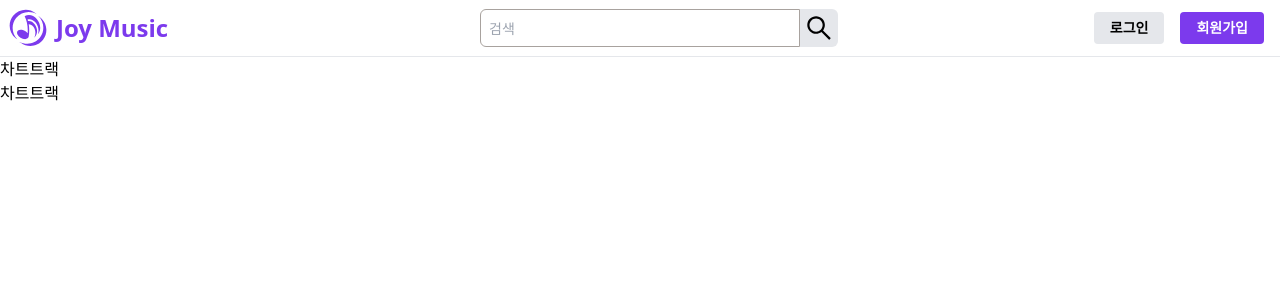
Repository: momo0170/streaming
Page: /
The author's editor kept a copy of each file at every save. The page is drawn from the files as they stood at one save, then again after a run of saves.
The browser window is 1280 px wide. The pictures show the whole page.
The project was rebuilt for these pictures with package versions that can differ from the ones it lists, and the page was loaded fresh each time. Also part of the build but not shown: src/App.css, src/router/ChartTrack.jsx.

Above is the page before, as saved 2023-09-22 16:09:13.

### src/index.js
import React from 'react';
import ReactDOM from 'react-dom/client';
import './index.css';
import App from './App';
import { RouterProvider, createBrowserRouter } from 'react-router-dom';
import Home from './router/Home';
import ChartTrack from './router/ChartTrack';

const router = createBrowserRouter([
  {
    path: '/',
    element: <App />,
    children: [
      {
        index: true,
        element: <Home />,
      },
      {
        path: 'chartTrack',
        element: <ChartTrack />,
      },
    ],
  },
]);
const root = ReactDOM.createRoot(document.getElementById('root'));
root.render(
  <RouterProvider router={router}>
    <App />
  </RouterProvider>
);

### src/index.css
/* index.css 📂 */

@tailwind base;
@tailwind components;
@tailwind utilities;

### src/App.js
import { Outlet } from 'react-router-dom';
import './App.css';
import Header from './components/Header';
import MenuBar from './components/MenuBar';

function App() {
  return (
    <>
      <Header />
      <MenuBar />
      <Outlet />
    </>
  );
}

export default App;

### src/router/Home.jsx
import React from 'react';
import MenuBar from '../components/MenuBar';
import { Outlet } from 'react-router';

export default function Home() {
  return (
    <div>
      <MenuBar />
      <Outlet />
    </div>
  );
}

### src/components/Header.jsx
import React from 'react';
import { GiMusicSpell } from 'react-icons/gi';
import { AiOutlineSearch } from 'react-icons/ai';
import { Link } from 'react-router-dom';

export default function Header() {
  const handleSubmit = (e) => {
    e.preventDefault();
  };
  return (
    <header className="flex justify-between p-2 border-b h-13 items-center">
      <Link to="/" className="flex items-center">
        <GiMusicSpell
          size="40"
          color="#7c3aed"
          className="hover:animate-spin"
        />
        <div className="text-violet-600 text-2xl ml-2 font-bold">Joy Music</div>
      </Link>
      <form className="flex transform translate-x-8" onSubmit={handleSubmit}>
        <input
          type="text"
          placeholder="검색"
          className="rounded-l-md border border-stone-400 p-1 px-2 focus:shadow-inner2 outline-none focus:border-violet-600 placeholder:text-sm hover:shadow-hoverInput hover:border-hoverInput w-80"
        />
        <button className="bg-gray-200 p-1 rounded-r-md box-border hover:bg-gray-300">
          <AiOutlineSearch size="30" />
        </button>
      </form>
      <div className="flex">
        <button className="bg-gray-200 mx-2 px-4 py-1.5 rounded text-sm font-semibold hover:bg-gray-300">
          로그인
        </button>
        <button className="bg-violet-600 text-white mx-2 px-4 py-1.5 rounded text-sm font-semibold hover:bg-violet-700">
          회원가입
        </button>
      </div>
    </header>
  );
}

### src/components/MenuBar.jsx
import React from 'react';
import { Link } from 'react-router-dom';

export default function MenuBar() {
  return (
    <>
      <Link to="/chartTrack">차트트랙</Link>
    </>
  );
}

### tailwind.config.js
/** @type {import('tailwindcss').Config} */
module.exports = {
  content: ['./src/**/*.{js,jsx,ts,tsx}'],
  theme: {
    extend: {
      borderWidth: {
        1.5: '1.5px',
      },
      boxShadow: {
        inner2: '0 0 0 1.5px #7c3aed inset',
        hoverInput: '0 0 0 1px #ABABAB inset',
      },
      borderColor: {
        hoverInput: '#ABABAB',
      },
    },
  },
  plugins: [],
};

Loaded but not shown: public/index.html (common file)

After the next 2 saves:
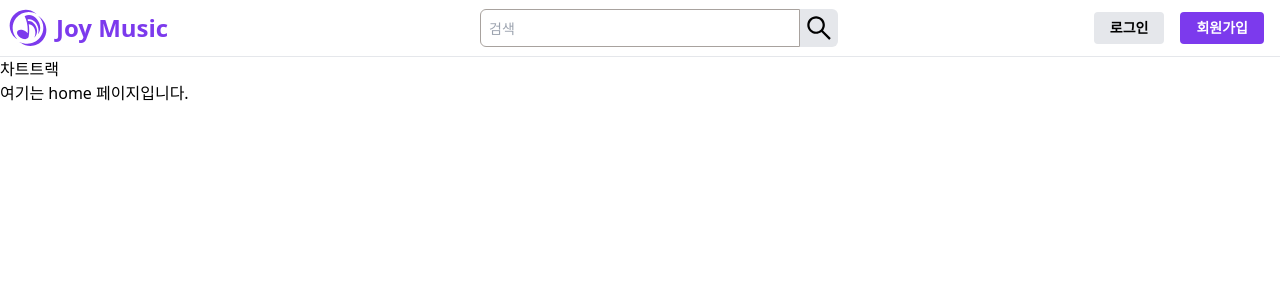
The 2 saves are shown as one change because they came seconds apart.
The last was saved 2 min 8 s later.
--- a/src/router/Home.jsx
+++ b/src/router/Home.jsx
@@ -1,12 +1,5 @@
 import React from 'react';
-import MenuBar from '../components/MenuBar';
-import { Outlet } from 'react-router';
 
 export default function Home() {
-  return (
-    <div>
-      <MenuBar />
-      <Outlet />
-    </div>
-  );
+  return <div>여기는 home 페이지입니다.</div>;
 }
